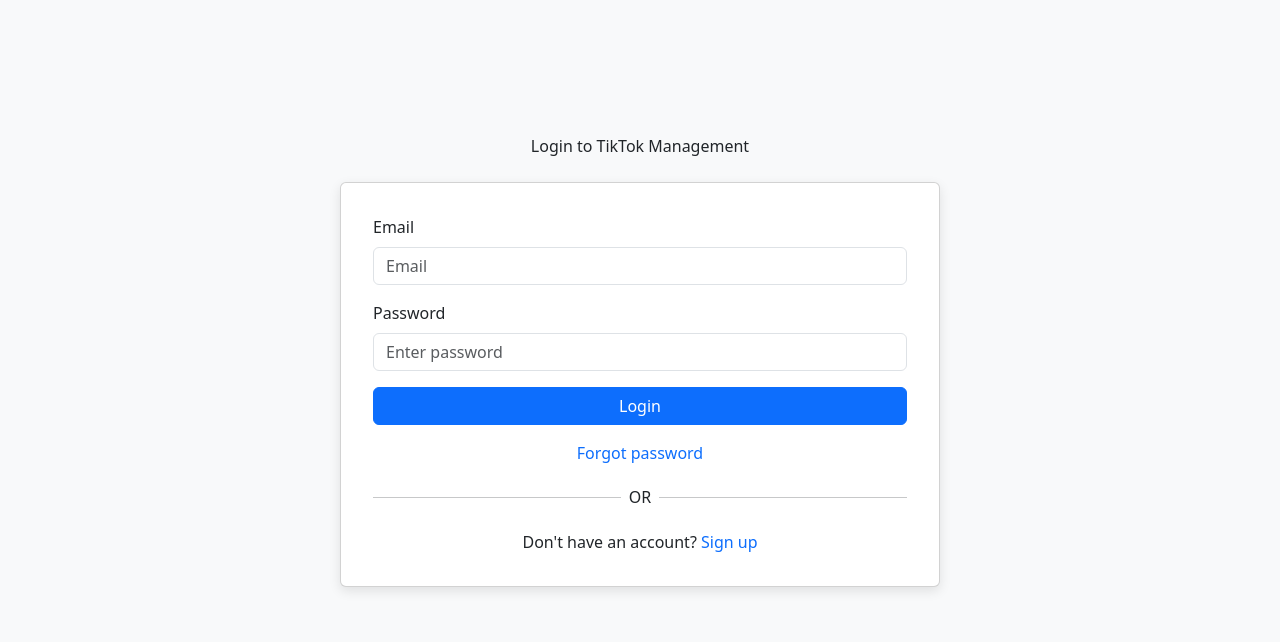
Repository: chaolaolo/tikcrm-fe
Page: /dashboard
The author's editor kept a copy of each file at every save. The page is drawn from the files as they stood at one save, then again after the next save.
The browser window is 1280 px wide. The pictures show the whole page.
The project was rebuilt for these pictures with package versions that can differ from the ones it lists, and the page was loaded fresh each time. Also part of the build but not shown: vite.config.ts, src/pages/Home/Settings.tsx, src/pages/Home/HomePage.tsx. Imported but missing from the stored project, and not drawn on this page: src/pages/Home/Dashboard, src/pages/Register/RegisterPage.

Above is the page before, as saved 2025-05-22 22:15:05.

After the next save:
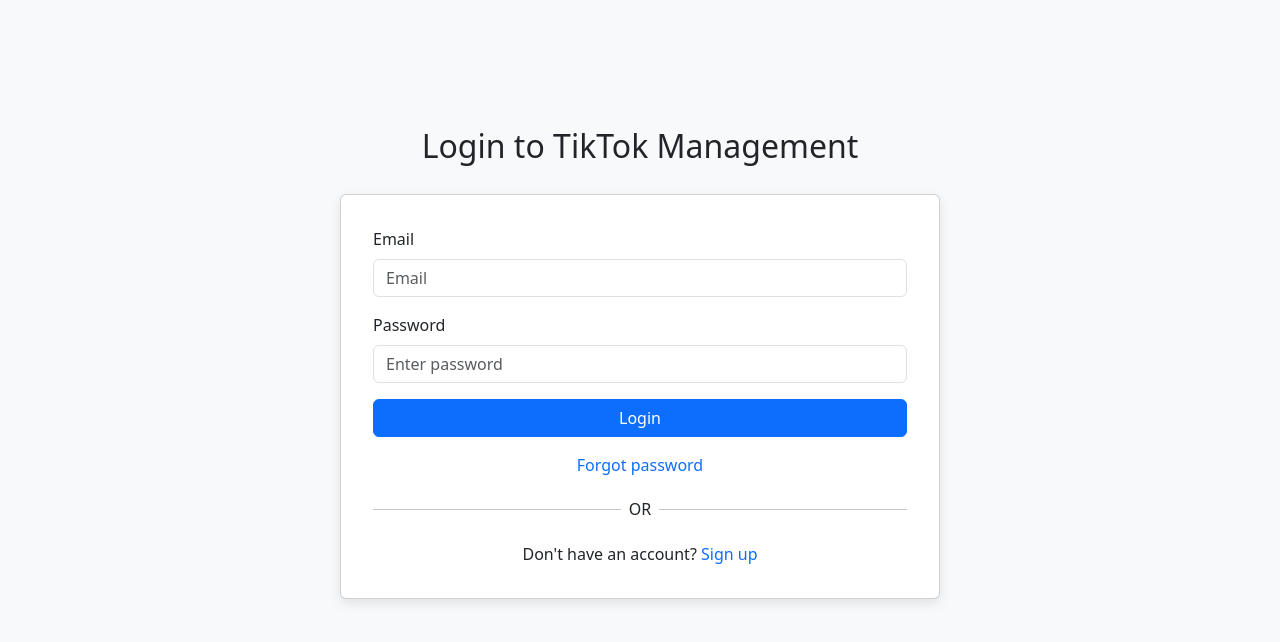
Saved 73 s later.
--- a/src/pages/Auth/LoginPage.tsx
+++ b/src/pages/Auth/LoginPage.tsx
@@ -14,7 +14,7 @@
     }}>
       <div className="d-flex justify-content-center align-items-center min-vh-100 p-3">
         <div className="w-100" style={{ maxWidth: '600px' }}>
-          <p className="text-center mb-4 text-60">Login to TikTok Management</p>
+          <p className="text-center mb-4 fs-2">Login to TikTok Management</p>
           <div className="card p-8" style={{
             backgroundColor: 'white',
             boxShadow: '0 4px 12px rgba(0, 0, 0, 0.1)'
